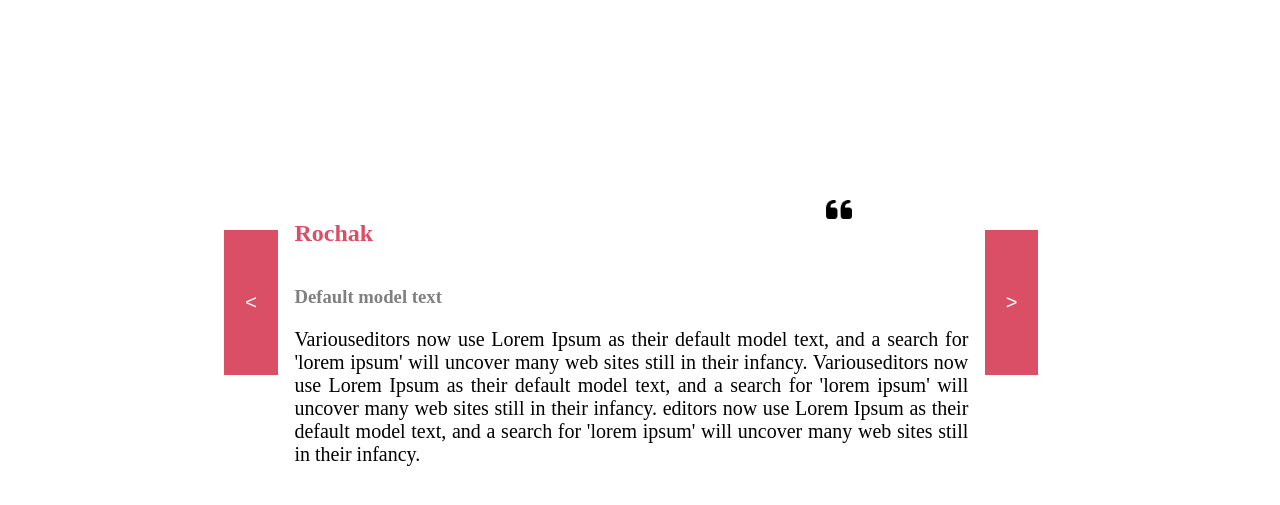
Repository: AVINKUMARP/gifts
Page: demo2.html
An editor plug-in stored every save of this project. The page is shown before and after the next save, followed by the edit.
The browser window is 1280 px wide. The pictures show the whole page.

Above is the page before, as saved 2023-08-24 14:07:58.

### demo2.html
<!DOCTYPE html>
<html lang="en">
<head>
    <meta charset="UTF-8">
    <meta name="viewport" content="width=device-width, initial-scale=1.0">
    <title>Document</title>
    <style>
        .container{
            display: flex;
            flex-wrap: wrap;
            text-align: center;
            margin: 200px;
        }
        .cbutl{
            width: 10%;
        }
        .cpara{
            width: 78%;
        }
        .cbutr{
            width: 10%;
        }
        .csub{
            display: flex;
            flex-wrap: wrap;
            justify-content: space-between;
        }
        .cbutl button{
            background-color: #db4f66;
            color: white;
            border:1px solid #db4f66;
            padding: 60px 20px;
            font-size: 20px;
        }
        .cbutl{
            padding-top: 30px;
        }
        .csub h2{
            text-align: start;

        }
        .ch h2{
            color:#db4f66;
        }
        .cpara h3{
            color:gray;
        }
        .cpara h3{
            text-align: start;
        }
        .cpara p{
            text-align: justify;
            font-size: 20px;
        }
    </style>
</head>
<body>
    <div class="container">
        <div class="cbutl"><button><</button></div>
        <div class="cpara">
            <div class="csub">
                <div class="ch"><h2>Rochak</h2>
                </div>
                <div class="cicon"><img src="./images/icon.png" alt="loading..." width="10%"></div>
            </div>
            <h3>Default model text</h3>
            <p>Variouseditors now use Lorem Ipsum as their default model text, and a search for 'lorem ipsum' will uncover many web sites still in their infancy. Variouseditors now use Lorem Ipsum as their default model text, and a search for 'lorem ipsum' will uncover many web sites still in their infancy. editors now use Lorem Ipsum as their default model text, and a search for 'lorem ipsum' will uncover many web sites still in their infancy.</p>
        </div>
        <div class="cbutl"><button>></button></div>
    </div>
</body>
</html>

After the next save:
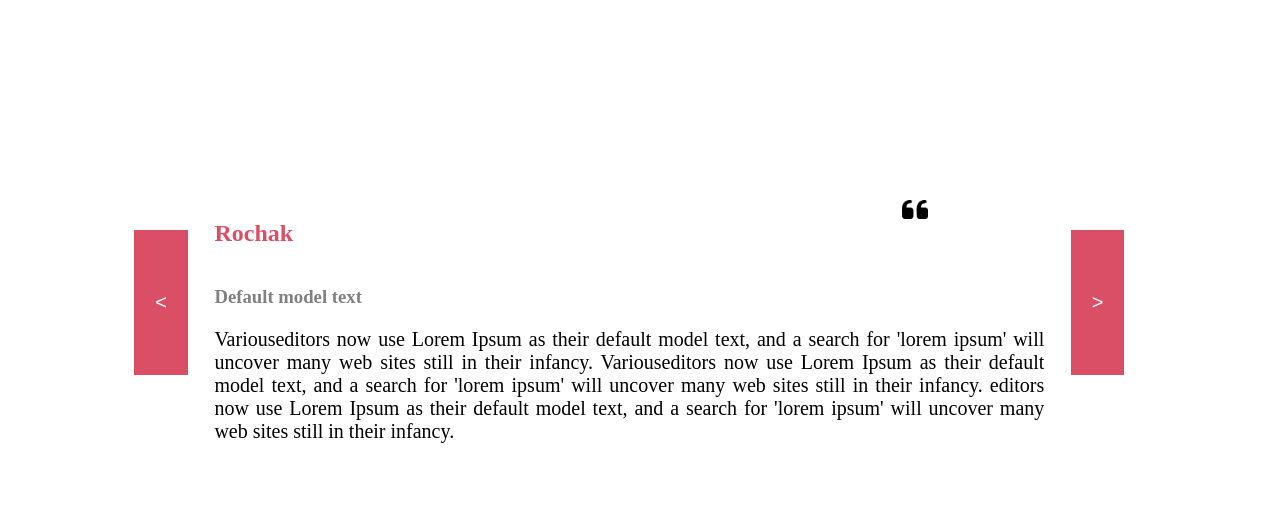
Saved 63 s later.
--- a/demo2.html
+++ b/demo2.html
@@ -9,7 +9,7 @@
             display: flex;
             flex-wrap: wrap;
             text-align: center;
-            margin: 200px;
+            margin: 200px 100px;
         }
         .cbutl{
             width: 10%;
